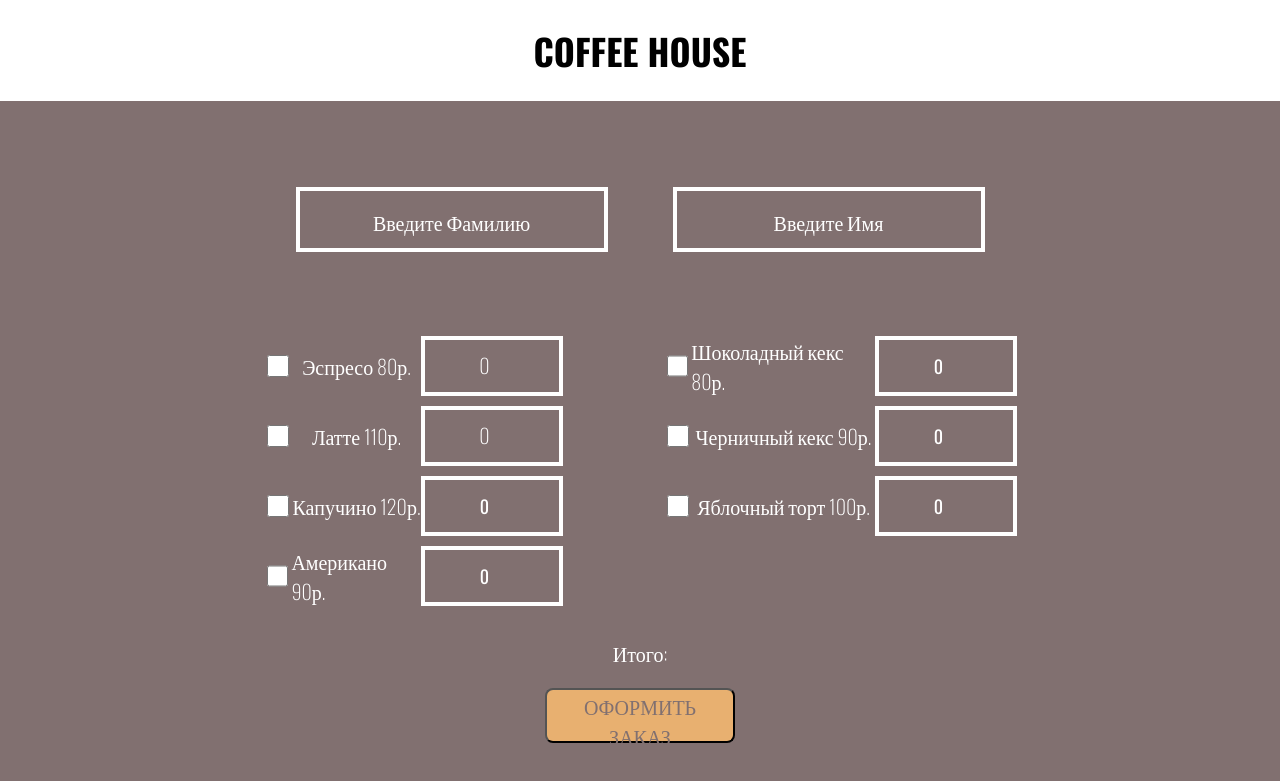
Repository: Valera1994/WebTestProject
Page: New2/index.html
These files come from the project's save history. The page is drawn as it stood at one moment and after the next save; the edit follows.
The browser window is 1280 px wide. The pictures show the whole page.
The pointer rests on the first visible `.btn`.

Above is the page before, as saved 2025-07-21 00:07:49.

### New2/index.html
<!DOCTYPE html>
<html lang="en">
<head>
    <meta charset="UTF-8">
    <meta name="viewport" content="width=device-width, initial-scale=1.0">
    <title>COFFEE HOUSE</title>
    <link rel="stylesheet" href="style.css">
    <link rel="preconnect" href="https://fonts.googleapis.com">
    <link rel="preconnect" href="https://fonts.gstatic.com" crossorigin="">
    <link href="https://fonts.googleapis.com/css2?family=Oswald:wght@200..700&amp;display=swap" rel="stylesheet">
</head>
<body>
    <header class="header">
        <h1 class="logo">COFFEE HOUSE</h1>
    </header>
    <div class="order">
        <div class="form">
            <input class="surname form_text" type="text" placeholder="Введите Фамилию" required="">
            <input class="name form_text" type="text" placeholder="Введите Имя" required="">
        </div>
        <div class="conteiner">
            <div class="menu-columns">
            <div class="menu_column">
            <div class="form_checkbox check1">
                <input type="checkbox" id="coffee" name="espreso" value="choise1">
                <label for="espreso">Эспресо 80р.</label>
                <input class="price" type="number" min="0" placeholder="0">
            </div>
            <div class="form_checkbox check1">
                <input type="checkbox" id="coffee" name="latte" value="choise1">
                <label for="latte">Латте 110р.</label>
                <input class="price" type="number" min="0" placeholder="0">
            </div>
            <div class="form_checkbox check1">
                <input type="checkbox" id="coffee" name="capp" value="choise1">
                <label for="capp">Капучино 120р.</label>
                <input class="price" type="number" min="0" value="0" placeholder="0">
            </div>
            <div class="form_checkbox check1">
                <input type="checkbox" id="coffee" name="amer" value="choise1">
                <label for="amer">Американо 90р.</label>
                <input class="price" type="number" min="0" value="0" placeholder="0">
            </div>
            </div>
            <div class="menu_column">
            <div class="form_checkbox check2">
                <input type="checkbox" id="coffee" name="choco" value="choise1">
                <label for="choco">Шоколадный кекс 80р.</label>
                <input class="price" type="number" min="0" value="0" placeholder="0">
            </div>
            <div class="form_checkbox check2">
                <input type="checkbox" id="coffee" name="chern" value="choise1">
                <label for="chern">Черничный кекс 90р.</label>
                <input class="price" type="number" min="0" value="0" placeholder="0">
            </div>
            <div class="form_checkbox check2">
                <input type="checkbox" id="coffee" name="apple" value="choise1">
                <label for="apple">Яблочный торт 100р.</label>
                <input class="price" type="number" min="0" value="0" placeholder="0">
            </div>
            </div>
            </div>
        </div>

        <p>Итого: <span class="result"></span></p>
        <div class="button_container">
            <button class="btn">ОФОРМИТЬ ЗАКАЗ</button>
        </div>
    </div>
</body>
</html>

### New2/style.css
body{
    margin: 0;
    padding: 0;
    font-family: 'Oswald', sans-serif;
}

.header {
    width: 100%;
    box-sizing: border-box;
    text-decoration: none;
    top: 0;
    left: 0;
}

.logo{
    color: black;
    font-size: 36px;
    white-space: nowrap;
    font-weight: medium;
    display: flex;
    justify-content: center;
}

.order{
    width: 100%;
    height: 680px;
    background: rgba(129, 112, 112, 1);
}

.form{
    padding: 86px 0;
    gap: 65px;
    display: flex;
    justify-content: center;
    font-family: 'Oswald';
    font-size: 18px;
    color: white;
}

.form_text{
    background-color: #817070;
    display: flex;
    flex-direction: column;
    justify-content: center;
    width: 300px;
    height: 55px;
    border: 4px solid white;
    font-family: 'Oswald';
    font-size: 25px;
    color: white;
    font-weight: 300;
    text-align: center;
}

.form_text::placeholder {
    font-family: 'Oswald';
    color: white;
    opacity: 1;
    display: flex;
    align-items:center;
    text-align: center;
    font-size: 20px;
    font-weight: lighter;
}

.container{
    display: flex;
    height: 271px;
    width: 100%;
    padding-bottom: 17px;
}

.menu-columns {
    display: flex;
    justify-content: center;
    width: 784px;
    gap: 100px;
    margin: 0 auto;
}

.menu-column {
    flex: 1;
}

.form_checkbox{
    display: flex;
    justify-content: space-between;
    align-items: center;
    margin-bottom: 15px;
}

label{
    font-family: 'Oswald';
    font-size: 20px;
    font-weight:lighter;
    color: white;
}

.check1{
    width: 300px;
    height: 55px;
}

.check2{
    width: 354px;
    height: 55px;
}

#coffee{
    width: 22px;
    height: 22px;
    background: rgba(196, 196, 196, 1);
}

.price{
    background-color: #817070;
    display: flex;
    flex-direction: column;
    justify-content: center;
    width: 130px;
    height: 50px;
    border: 4px solid white;
    text-align: center;
    font-family: 'Oswald';
    font-size: 18px;
    color: white;
}

.price::placeholder {
    font-family: 'Oswald';
    color: white;
    opacity: 1;
    display: flex;
    align-items:center;
    text-align: center;
    font-size: 20px;
    font-weight: lighter;
}

p{
    font-family: 'Oswald';
    font-size: 20px;
    font-weight:lighter;
    color: white;
    display: flex;
    justify-content: center;
}

.button_container{
    display: flex;
    justify-content: center;
}

.btn{
    width: 190px;
    height: 55px;
    font-family: 'Oswald';
    font-size: 20px;
    font-weight: 500;
    background-color: white;
    color: rgba(129, 112, 112, 1);
}

.btn:hover{
    background-color: rgb(232, 176, 112);
    border-radius: 8px;
}

After the next save:
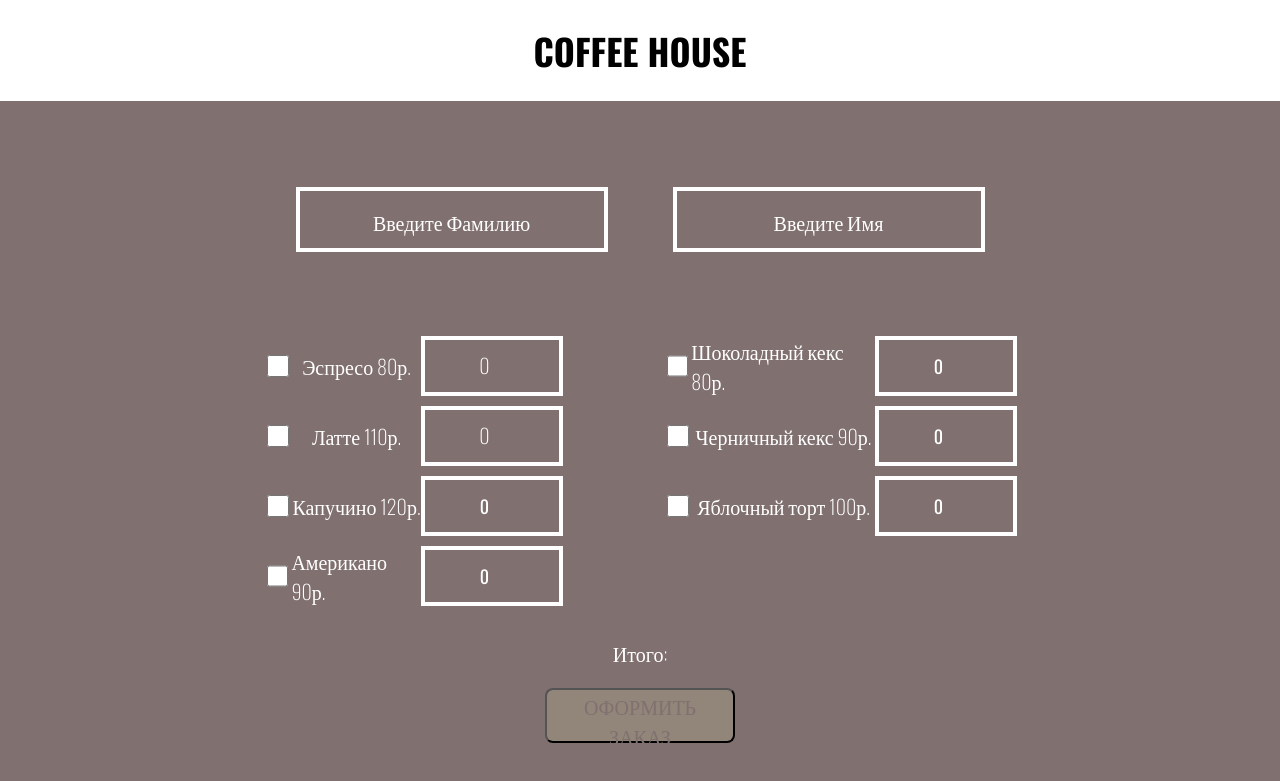
Saved 15 s later.
--- a/New2/style.css
+++ b/New2/style.css
@@ -162,6 +162,6 @@ p{
 }
 
 .btn:hover{
-    background-color: rgb(232, 176, 112);
+    background-color: rgb(145, 134, 121);
     border-radius: 8px;
 }
